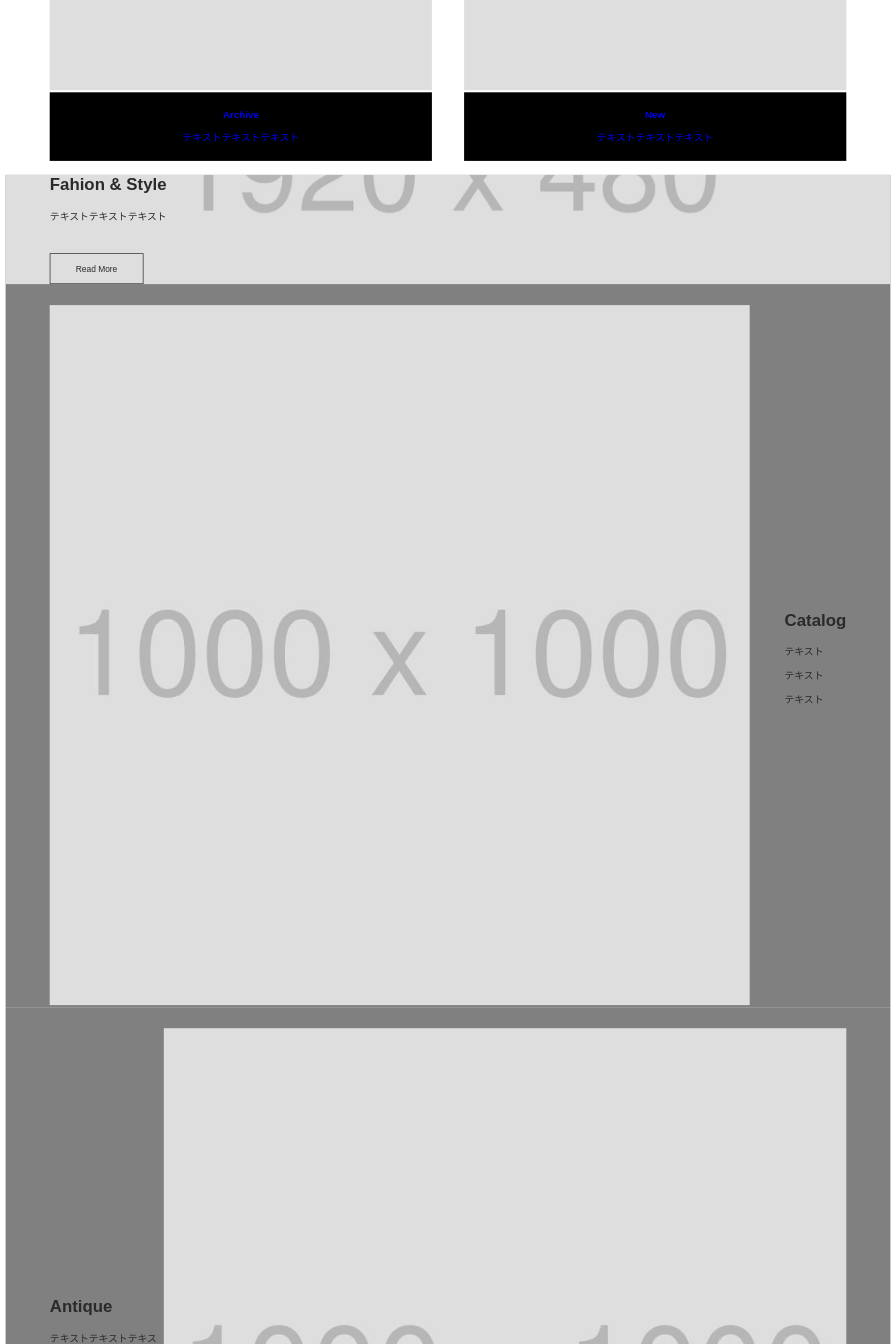
Repository: Fuki-san/bookstore
Page: http://localhost/book
The author's editor kept a copy of each file at every save. The page is drawn from the files as they stood at one save, then again after a run of saves.
The browser window is 1280 px wide. The pictures show the part of the page from y = 1307 to 3227 px (the page is 3920 px tall before and 3980 px after), at 70% of full size.
The page is served by the project's Laravel application, run on PHP 8.4 with Laravel 10. Other server files are loaded and not shown.

Above is the page before, as saved 2023-11-21 13:48:52.

### routes/web.php
<?php

use Illuminate\Support\Facades\Route;

/*
|--------------------------------------------------------------------------
| Web Routes
|--------------------------------------------------------------------------
|
| Here is where you can register web routes for your application. These
| routes are loaded by the RouteServiceProvider and all of them will
| be assigned to the "web" middleware group. Make something great!
|
*/

Route::get('/', function () {
    return view('welcome');
});

Route::get('book', function() {
    return view('bookstore');
})->name('book');

### resources/views/bookstore.blade.php
@extends('layouts.main')

@section('title', 'bookstore')

@section('content')
    <header id="header">
        <h1 class="site-title"><a href="#"><img src="img/logo.svg"></a></h1>
    </header>

    <main>
        <section class="wrapper" id="magazine">
            <h2 class="sec-title">A special, long article in a newspaper or magazine</h2>
            <p>テキストテキストテキスト</p>
            <div class="flex-item">
                <a href="#" class="item"><img src="img/magazine-archive.jpg"><div class="text"><p class="title">Archive</p><p>テキストテキストテキスト</p></div></a>
                <a href="#" class="item"><img src="img/magazine-new.jpg"><div class="text"><p class="title">New</p><p>テキストテキストテキスト</p></div></a>
            </div>
        </section>
        <section class="wrapper" id="fashion">
            <h2 class="sec-title">Fahion & Style</h2>
            <p>テキストテキストテキスト</p>
            <a href="#" class="btn">Read More</a>
        </section>
        <section id="catalog-antique">
            <div class="flex-item wrapper">
                <div class="item">
                    <img src="img/catalog.jpg">
                </div>
                <div class="item">
                    <h2 class="sec-title">Catalog</h2>
                    <p>テキスト</p>
                    <p>テキスト</p>
                    <p>テキスト</p>
                </div>
            </div>
        </section>

        <section id="catalog-antique">
            <div class="flex-item wrapper">
                <div class="item">
                    <h2 class="sec-title">Antique</h2>
                    <p>テキストテキストテキスト</p>
                    <p>テキストテキストテキスト</p>
                    <a href="#" class="btn">Read More</a>
                </div>
                <div class="item">
                    <img src="img/antique.jpg">
                </div>
            </div>
        </section>
    </main>

    <footer id="footer">
        <div class="flex-item wrapper">
            <div class="item"><a href="#"><img src="img/logo.svg"></a></div>
            <div class="item">
                <p class="title">タイトル</p>
                <ul>
                    <li>テキストテキストテキスト</li>
                    <li>テキストテキストテキスト</li>
                    <li>テキストテキストテキスト</li>
                </ul>
            </div>
            <div class="item">
                <p>テキストテキストテキストテキストテキスト</p>
            </div>
        </div>
        <p class="copyright">&copy; Mag88</p>
    </footer>
@endsection

### resources/views/layouts/main.blade.php
<!DOCTYPE html>
<html lang="ja">
<head>
    <meta charset="UTF-8">
    <meta name="viewport" content="width=device-width, initial-scale=1.0">
    <meta http-equiv="X-UA-Compatible" content="ie=edge">
    <link rel="stylesheet" href="{{ asset('css/reset.css') }}">
    <link rel="stylesheet" href="{{ asset('css/style.css') }}">
    <link rel="icon" href="img/favicon.ico">
    <title>@yield('title')</title>
</head>
<body>
    @yield('content')
</body>
</html>

### public/css/style.css
@charset "utf-8";

html{
    font-size: 100%;
}
body{
    font-size: 0.875rem;
    color: #2a2a2a;
    font-family: "Arial", "Hiragino Sans", "Hiragino Kaku Gothic ProN", "Meiryo", sans-serif;
}
a{
    text-decoration: none;
}
a:hover{
    opacity: 0.7;
}
img{
    max-width: 100%;
}
li{
    list-style: none;
}
/* content */
.wrapper{
    padding: 0 5%;
    margin: 0 auto;
    max-width: 1200px;
}
.sec-title{
    font-size: 1.5rem;
    margin-bottom: 20px;
}
/* btn */

.btn{
    padding: 14px 36px;
    border: solid 1px #2a2a2a;
    color: #2a2a2a;
    display: inline-block;
    font-size: 0.750rem;
    margin-top: 30px;
}
/* ヘッダー */

#header{
    background-image: url(../img/mainvisual.jpg);
    background-position: center top;
    background-repeat: no-repeat;
    background-size: cover;
    position: relative;
    margin-bottom: 80px;
    height: 100vh;
}
#header .site-title{
    position: absolute;
    top: 30px;
    right: 30px;
}

.flex-item{
    display: flex;
    justify-content: space-between;
    align-items: center;
}
/* magazine */
#magazine{
    text-align: center;

}


#magazine .flex-item .item{
    width: 48%;
}
#magazine .text{
    background-color: black;
    text-align: center;
    padding: 10px 15px;
}
#magazine .title{
    font-weight: bold;
}
#fashion{
    background-image: url(../img/fashion.jpg);
    background-position: center bottom;
    background-repeat: no-repeat;
    background-size: cover;
    background-color: gray;
}

#catalog-antique{
    background-color: gray;
    padding-top: 30px;
}
#footer{
    background-color: #242424;
}
#footer .item{
    width: 32%;
}

.copyright{
    background-color: #fff;
    text-align: center;
}

### public/img/logo.svg
<?xml version="1.0" encoding="utf-8"?>
<!-- Generator: Adobe Illustrator 15.1.0, SVG Export Plug-In . SVG Version: 6.00 Build 0)  -->
<!DOCTYPE svg PUBLIC "-//W3C//DTD SVG 1.1//EN" "http://www.w3.org/Graphics/SVG/1.1/DTD/svg11.dtd">
<svg version="1.1" id="レイヤー_1" xmlns="http://www.w3.org/2000/svg" xmlns:xlink="http://www.w3.org/1999/xlink" x="0px"
	 y="0px" width="120px" height="40px" viewBox="0 0 120 40" enable-background="new 0 0 120 40" xml:space="preserve">
<text transform="matrix(1 0 0 1 11.667 -25.8213)" fill="#2B3137" font-family="'Arial-BoldMT'" font-size="31.8021">Mag88</text>
<rect fill="#2A2A2A" width="120" height="40"/>
<g>
	<path fill="#FFFFFF" d="M13.351,29.333V6.568h6.879l4.13,15.529l4.084-15.529h6.895v22.765h-4.271v-17.92l-4.519,17.92h-4.425
		l-4.503-17.92v17.92H13.351z"/>
	<path fill="#FFFFFF" d="M43.134,17.872l-3.96-0.714c0.445-1.595,1.211-2.774,2.299-3.54c1.087-0.766,2.701-1.149,4.845-1.149
		c1.946,0,3.396,0.23,4.348,0.69c0.952,0.461,1.623,1.047,2.011,1.756c0.389,0.709,0.582,2.01,0.582,3.904l-0.046,5.094
		c0,1.449,0.069,2.518,0.21,3.207c0.139,0.688,0.4,1.426,0.783,2.213h-4.316c-0.113-0.29-0.254-0.72-0.419-1.289
		c-0.073-0.259-0.124-0.43-0.155-0.513c-0.746,0.725-1.543,1.269-2.392,1.63c-0.849,0.363-1.755,0.544-2.718,0.544
		c-1.697,0-3.035-0.46-4.014-1.382s-1.467-2.086-1.467-3.494c0-0.932,0.222-1.762,0.667-2.492c0.444-0.73,1.069-1.289,1.871-1.677
		c0.802-0.389,1.959-0.728,3.471-1.018c2.039-0.383,3.452-0.739,4.239-1.071v-0.435c0-0.839-0.207-1.437-0.621-1.794
		s-1.195-0.535-2.345-0.535c-0.776,0-1.382,0.152-1.817,0.458C43.755,16.571,43.403,17.106,43.134,17.872z M48.973,21.413
		c-0.559,0.187-1.444,0.409-2.655,0.668c-1.212,0.259-2.003,0.512-2.376,0.761c-0.569,0.403-0.854,0.916-0.854,1.537
		c0,0.61,0.227,1.14,0.683,1.584c0.456,0.445,1.035,0.667,1.739,0.667c0.787,0,1.537-0.258,2.252-0.775
		c0.527-0.394,0.875-0.875,1.04-1.444c0.114-0.373,0.171-1.081,0.171-2.128V21.413z"/>
	<path fill="#FFFFFF" d="M57.157,30.419l4.984,0.605c0.083,0.58,0.274,0.979,0.574,1.196c0.414,0.311,1.066,0.466,1.957,0.466
		c1.139,0,1.992-0.171,2.563-0.512c0.383-0.229,0.673-0.596,0.869-1.104c0.135-0.362,0.202-1.029,0.202-2.003v-2.407
		c-1.304,1.781-2.95,2.672-4.938,2.672c-2.215,0-3.97-0.938-5.264-2.811c-1.015-1.48-1.521-3.324-1.521-5.529
		c0-2.764,0.664-4.875,1.995-6.335c1.33-1.46,2.983-2.189,4.962-2.189c2.039,0,3.721,0.896,5.046,2.687v-2.314h4.084V27.64
		c0,1.946-0.161,3.4-0.481,4.363s-0.771,1.719-1.351,2.268c-0.58,0.549-1.354,0.979-2.321,1.289
		c-0.969,0.311-2.192,0.466-3.673,0.466c-2.795,0-4.778-0.479-5.947-1.437c-1.17-0.957-1.755-2.172-1.755-3.642
		C57.141,30.802,57.147,30.626,57.157,30.419z M61.054,20.745c0,1.75,0.339,3.031,1.017,3.844c0.679,0.813,1.515,1.219,2.508,1.219
		c1.066,0,1.967-0.416,2.703-1.25c0.734-0.834,1.102-2.068,1.102-3.703c0-1.709-0.352-2.977-1.056-3.805s-1.595-1.242-2.671-1.242
		c-1.045,0-1.907,0.406-2.586,1.219C61.393,17.839,61.054,19.079,61.054,20.745z"/>
	<path fill="#FFFFFF" d="M79.797,17.05c-1.129-0.477-1.949-1.131-2.462-1.965c-0.513-0.833-0.769-1.746-0.769-2.74
		c0-1.697,0.593-3.101,1.778-4.208c1.185-1.107,2.87-1.662,5.054-1.662c2.164,0,3.844,0.554,5.039,1.662
		c1.196,1.108,1.794,2.511,1.794,4.208c0,1.056-0.274,1.995-0.823,2.818c-0.549,0.822-1.32,1.451-2.313,1.887
		c1.263,0.508,2.224,1.248,2.88,2.221c0.658,0.973,0.986,2.096,0.986,3.369c0,2.102-0.67,3.811-2.011,5.125
		s-3.124,1.972-5.349,1.972c-2.071,0-3.795-0.544-5.172-1.63c-1.625-1.284-2.438-3.045-2.438-5.28c0-1.231,0.305-2.362,0.916-3.394
		C77.52,18.403,78.482,17.608,79.797,17.05z M80.293,22.407c0,1.201,0.309,2.138,0.924,2.811c0.616,0.673,1.385,1.01,2.307,1.01
		c0.9,0,1.646-0.324,2.236-0.971c0.59-0.647,0.885-1.582,0.885-2.803c0-1.066-0.301-1.924-0.9-2.57
		c-0.602-0.646-1.361-0.971-2.283-0.971c-1.066,0-1.861,0.367-2.383,1.103C80.555,20.751,80.293,21.548,80.293,22.407z
		 M80.698,12.655c0,0.869,0.246,1.547,0.737,2.034c0.491,0.486,1.146,0.729,1.964,0.729c0.828,0,1.491-0.246,1.988-0.737
		s0.745-1.173,0.745-2.042c0-0.818-0.246-1.473-0.737-1.965c-0.492-0.491-1.142-0.737-1.949-0.737c-0.838,0-1.506,0.249-2.003,0.745
		C80.946,11.18,80.698,11.837,80.698,12.655z"/>
	<path fill="#FFFFFF" d="M97.484,17.05c-1.128-0.477-1.948-1.131-2.462-1.965c-0.512-0.833-0.768-1.746-0.768-2.74
		c0-1.697,0.592-3.101,1.777-4.208c1.186-1.107,2.871-1.662,5.055-1.662c2.164,0,3.844,0.554,5.039,1.662
		c1.195,1.108,1.793,2.511,1.793,4.208c0,1.056-0.273,1.995-0.822,2.818c-0.549,0.822-1.32,1.451-2.314,1.887
		c1.264,0.508,2.224,1.248,2.881,2.221c0.658,0.973,0.986,2.096,0.986,3.369c0,2.102-0.67,3.811-2.012,5.125
		c-1.34,1.314-3.123,1.972-5.349,1.972c-2.071,0-3.794-0.544-5.171-1.63c-1.625-1.284-2.438-3.045-2.438-5.28
		c0-1.231,0.305-2.362,0.916-3.394C95.207,18.403,96.168,17.608,97.484,17.05z M97.981,22.407c0,1.201,0.308,2.138,0.924,2.811
		c0.615,0.673,1.385,1.01,2.307,1.01c0.9,0,1.646-0.324,2.235-0.971c0.591-0.647,0.886-1.582,0.886-2.803
		c0-1.066-0.301-1.924-0.901-2.57s-1.361-0.971-2.282-0.971c-1.066,0-1.861,0.367-2.384,1.103S97.981,21.548,97.981,22.407z
		 M98.385,12.655c0,0.869,0.245,1.547,0.736,2.034c0.492,0.486,1.146,0.729,1.965,0.729c0.828,0,1.49-0.246,1.988-0.737
		c0.496-0.491,0.744-1.173,0.744-2.042c0-0.818-0.246-1.473-0.736-1.965c-0.492-0.491-1.143-0.737-1.949-0.737
		c-0.839,0-1.506,0.249-2.004,0.745C98.633,11.18,98.385,11.837,98.385,12.655z"/>
</g>
</svg>

After the next 4 saves:
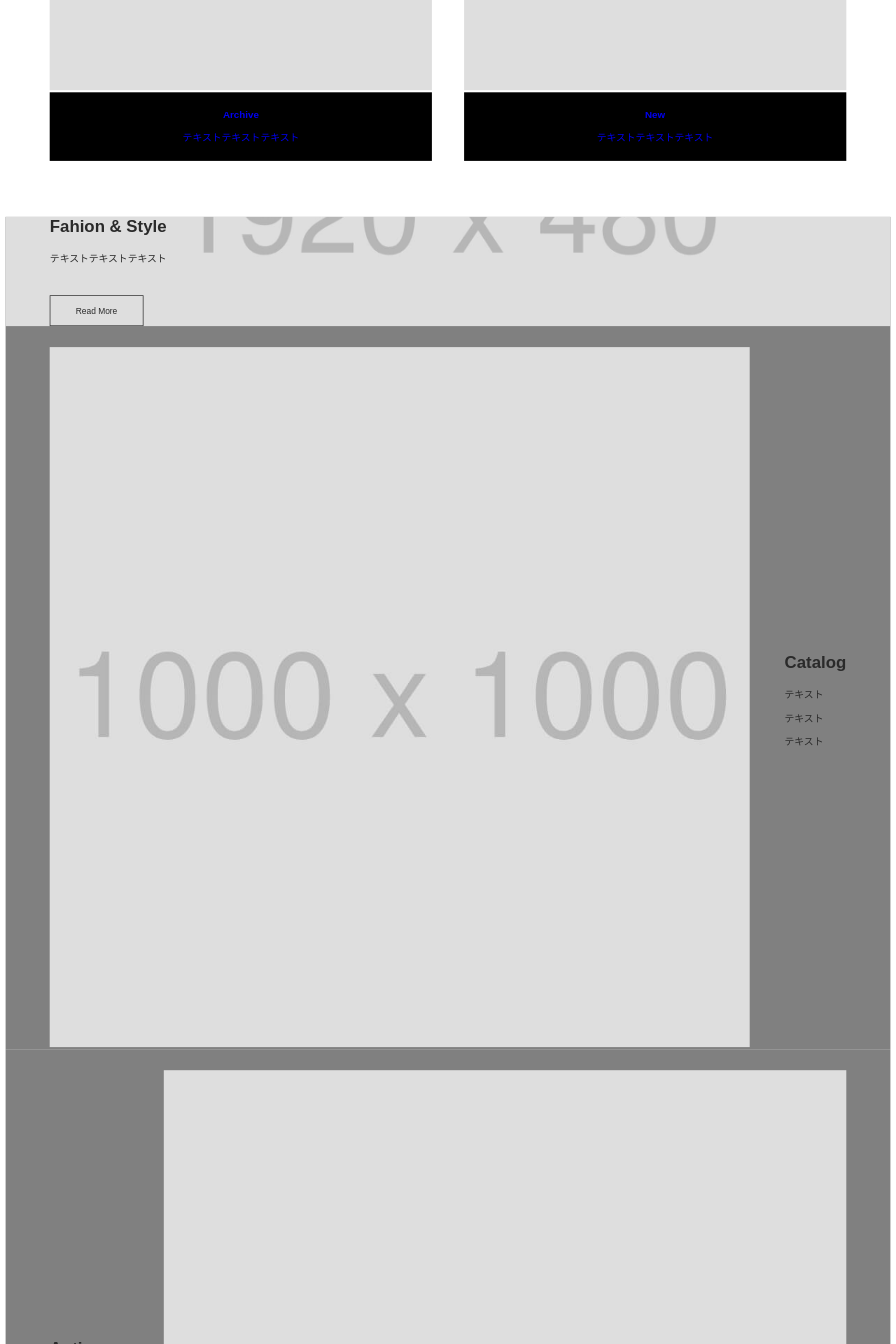
The 4 saves are shown as one change because they came seconds apart.
The last was saved 12 s later.
--- a/public/css/style.css
+++ b/public/css/style.css
@@ -65,7 +65,7 @@ li{
 /* magazine */
 #magazine{
     text-align: center;
-
+    margin-bottom: 80px;
 }
 
 
